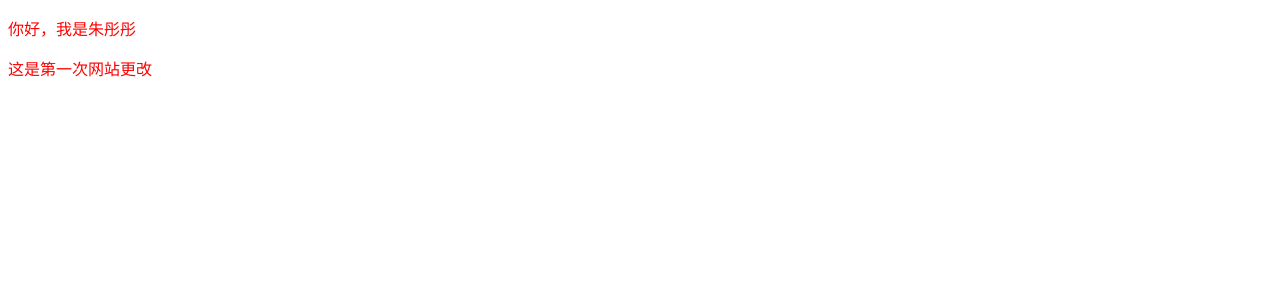
Repository: WebLengXianSheng/weblengxiansheng.github.io
Page: index.html
The author's editor kept a copy of each file at every save. The page is drawn from the files as they stood at one save, then again after the next save.
The browser window is 1280 px wide. The pictures show the whole page.

Above is the page before, as saved 2021-02-24 17:15:26.

### index.html
<!DOCTYPE html>
<html lang="en">
<head>
    <meta charset="UTF-8">
    <meta name="viewport" content="width=device-width, initial-scale=1.0">
    <title>朱彤彤的网站</title>
    <style>
        p{
            color: red;
        }
    </style>
</head>
<body>
    <p>你好，我是朱彤彤</p>
    <p>这是第一次网站更改</p>
</body>
</html>

After the next save:
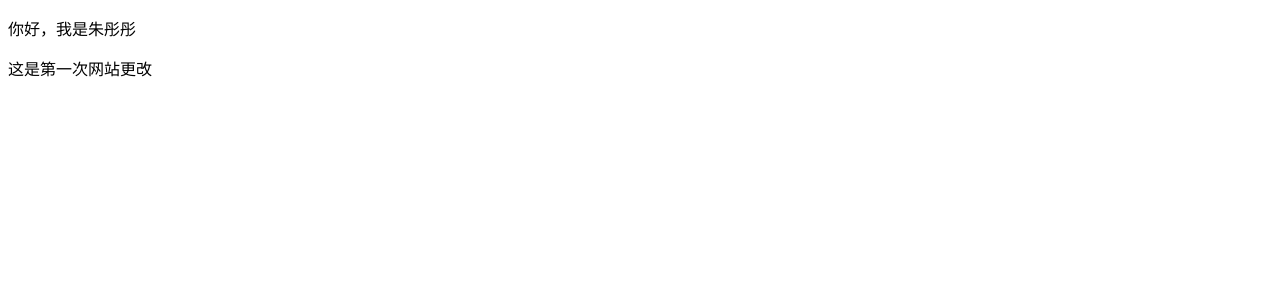
Saved 15 min 33 s later.
--- a/index.html
+++ b/index.html
@@ -4,11 +4,6 @@
     <meta charset="UTF-8">
     <meta name="viewport" content="width=device-width, initial-scale=1.0">
     <title>朱彤彤的网站</title>
-    <style>
-        p{
-            color: red;
-        }
-    </style>
 </head>
 <body>
     <p>你好，我是朱彤彤</p>

After the save that followed:
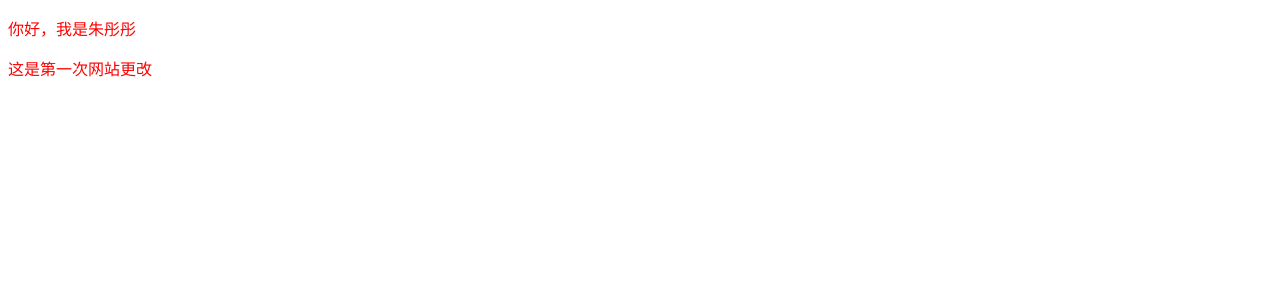
Saved 4 min 35 s later.
--- a/index.html
+++ b/index.html
@@ -4,6 +4,11 @@
     <meta charset="UTF-8">
     <meta name="viewport" content="width=device-width, initial-scale=1.0">
     <title>朱彤彤的网站</title>
+    <style>
+        p{
+            color: red;
+        }
+    </style>
 </head>
 <body>
     <p>你好，我是朱彤彤</p>
